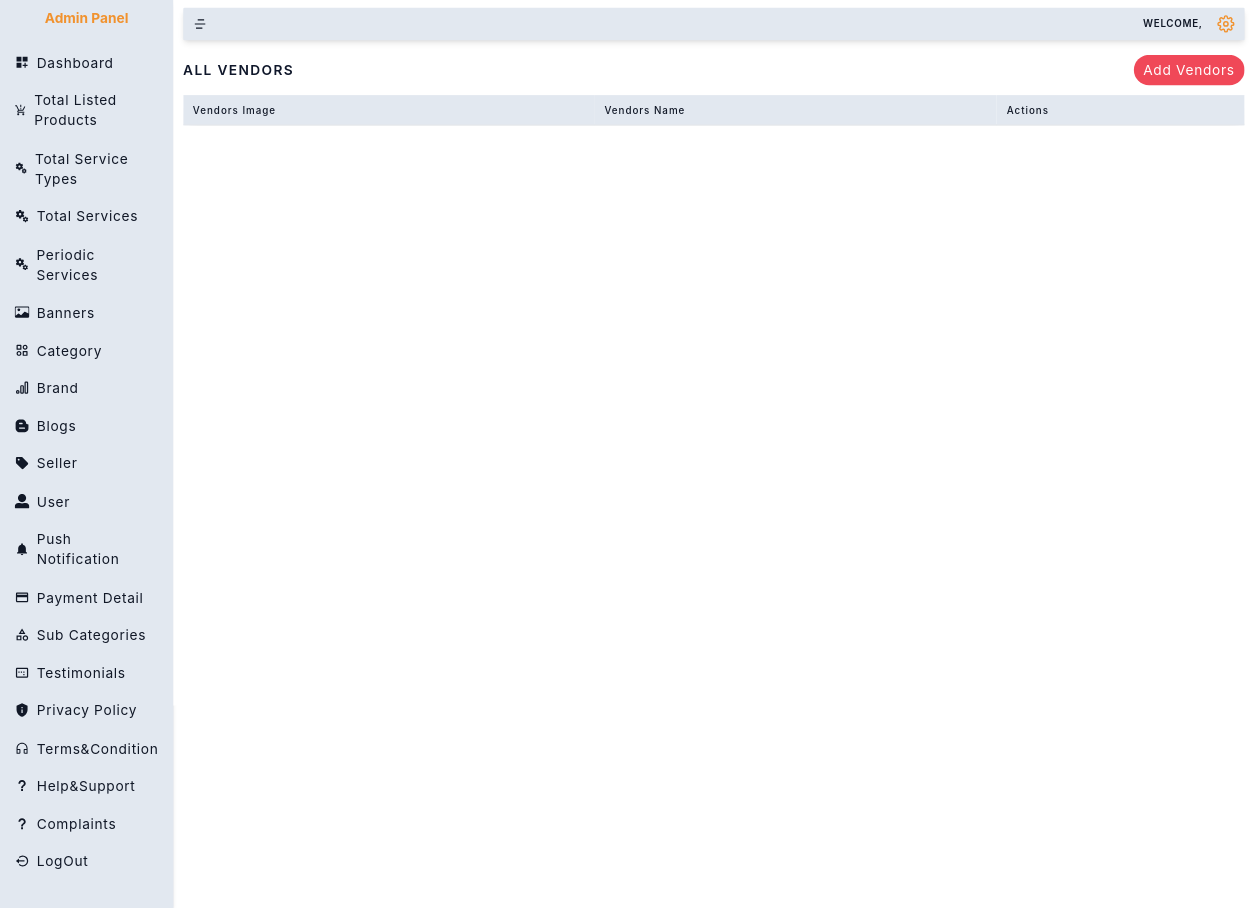
Repository: rohit0915/Mr-Arun-Chauhan-Admin-Panel
Page: /vendors
These files come from the project's save history. The page is drawn as it stood at one moment and after the next save; the edit follows.
The browser window is 1280 px wide. The pictures show the whole page, at 98% of full size.
The page's requests for data from a server got no answer. The project was rebuilt for these pictures with package versions that can differ from the ones it lists, and the page was loaded fresh each time. No one was signed in, and anything a server would have sent is missing. Also part of the build but not shown: src/components/forms/Login.jsx, src/components/pages/Dashboard.jsx, src/components/pages/products/Products.jsx, src/components/pages/categories/Categories.jsx, src/components/pages/subcategories/SubCategories.jsx, src/components/pages/manageprofiles/ManageProfiles.jsx, src/components/pages/banner/Banner.jsx, src/components/pages/gallary/Gallary.jsx and 80 more.

Above is the page before, as saved 2022-11-24 14:17:10.

After the next save:
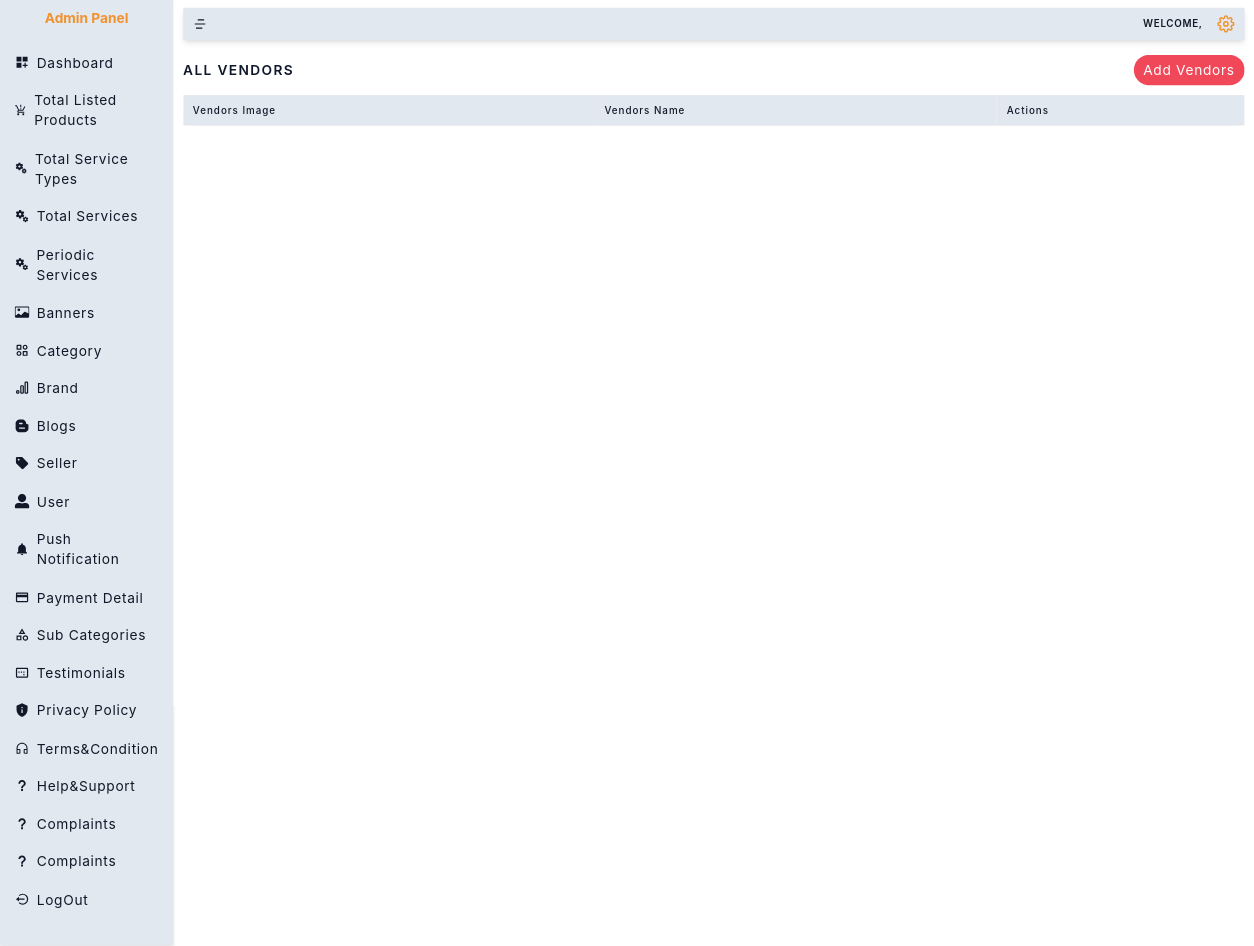
Saved 37 s later.
--- a/src/components/layout/Sidebar.jsx
+++ b/src/components/layout/Sidebar.jsx
@@ -121,6 +121,11 @@ const Sidebar = ({ hamb, setHamb }) => {
       link: "/complaint",
       name: "Complaints",
     },
+    {
+      icon: <IoMdHelp className="text-2xl mr-3  " />,
+      link: "/complaint",
+      name: "Complaints",
+    },
   ];
   const navigate = useNavigate();
 
